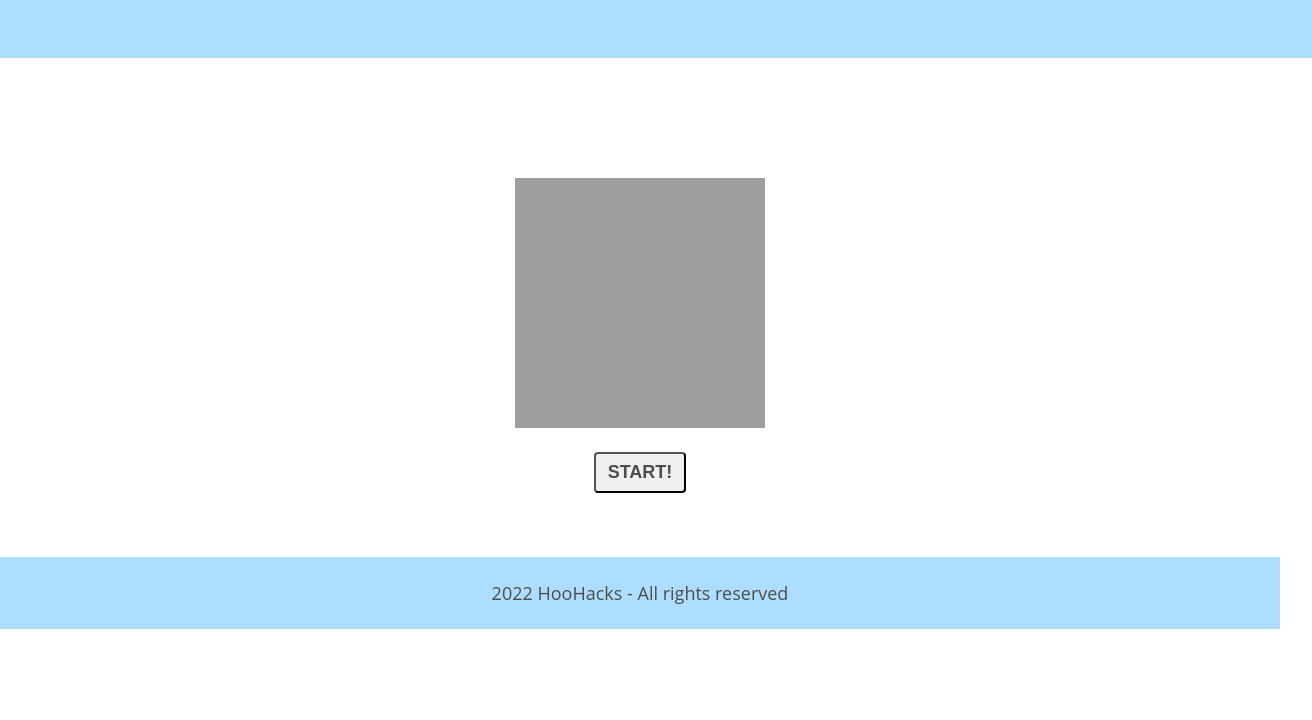
Repository: jennyjjung/H2ODaily
Page: index.html
These files come from the project's save history. The page is drawn as it stood at one moment and after the next save; the edit follows.
The browser window is 1280 px wide. The page is 1312 px wide, so the pictures cover 1312 px, including what lies to the right of the window. The pictures show the whole page.
Pictures or frames that could not be fetched are drawn as grey boxes.

Above is the page before, as saved 2022-03-26 14:58:37.

After the next save:
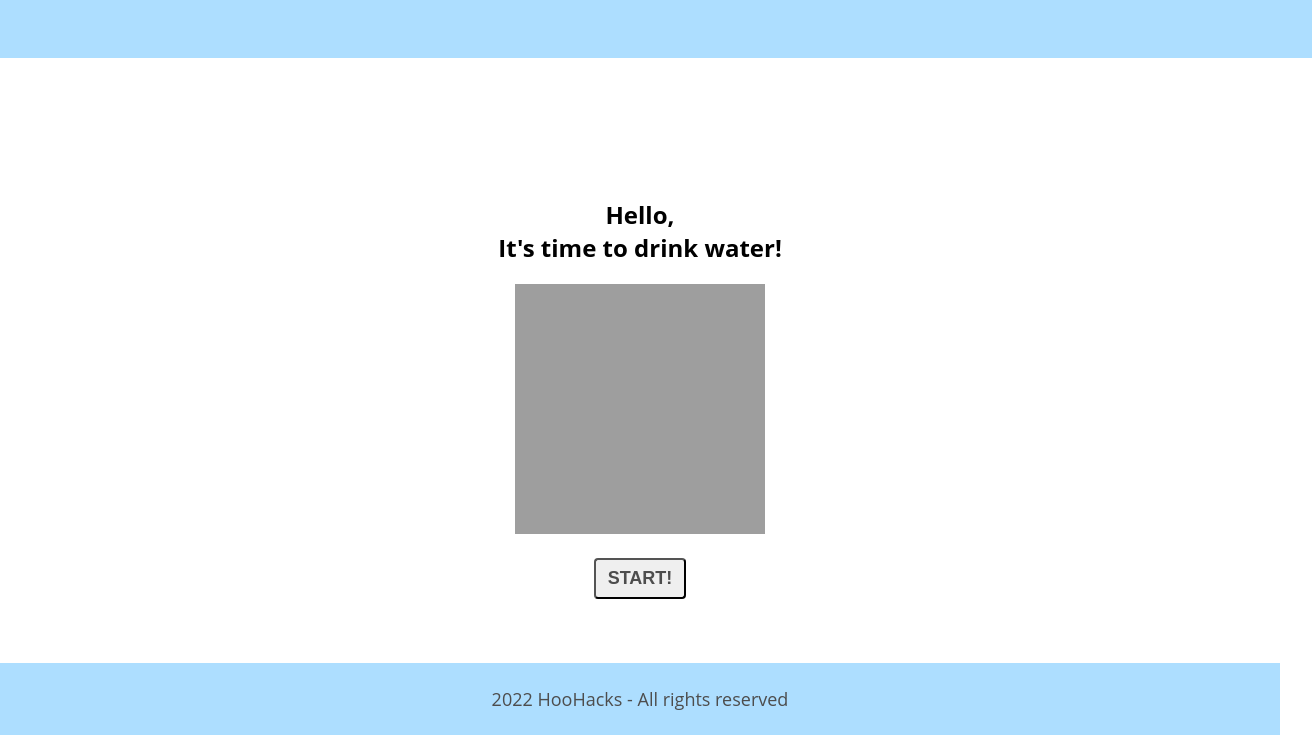
Saved 55 s later.
--- a/index.html
+++ b/index.html
@@ -16,7 +16,7 @@
 
   <section id="home">
     <div class= "home__container">
-
+      <h1 class="home__title">Hello, <br>It's time to drink water! </h1>
       <img src="images/krusty_krab.png" alt="H2ODaily Logo" class="home__logo">
       <button class="btn__home">START!</button>
     </div>
